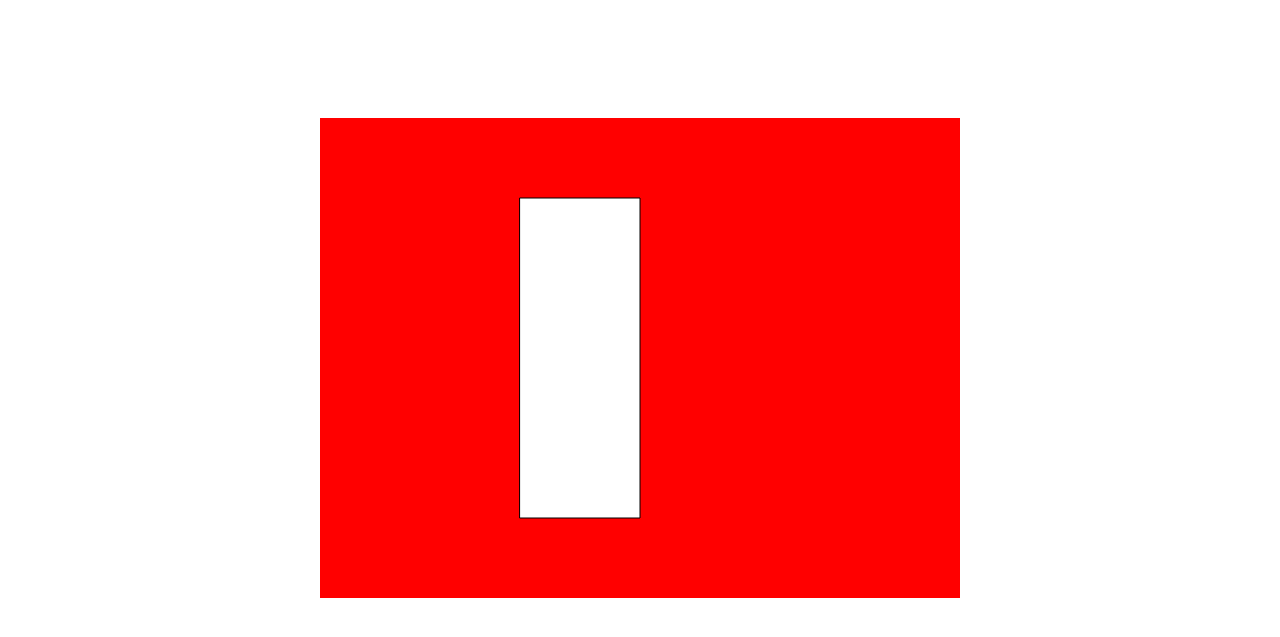
Repository: SeanHub-13/cart253
Page: topics/function-calls/index.html
The author's editor kept a copy of each file at every save. The page is drawn from the files as they stood at one save, then again after the next save.
The browser window is 1280 px wide. The pictures show the whole page.

Above is the page before, as saved 2024-09-12 11:25:57.

### topics/function-calls/index.html
<!DOCTYPE html>
<html>

<head>
  <meta charset="utf-8">
  <meta name="viewport" width=device-width, initial-scale=1.0, maximum-scale=1.0, user-scalable=0>

  <title>Function calls</title>

  <!-- CSS stylesheet(s) -->
  <link rel="stylesheet" type="text/css" href="css/style.css" />

  <!-- Library script(s) -->

  <!-- p5.min.js is the main p5 library -->
  <script src="js/libraries/p5.min.js"></script>
  <!-- p5.sound.min.js allows us to use sound -->
  <script src="js/libraries/p5.sound.min.js"></script>

  <!-- My script(s) -->
  <script src="js/script.js"></script>
</head>

<body>
  <!-- HTML would go here if needed. -->
</body>

</html>

### topics/function-calls/js/script.js
/**
 * Title of Project
 * Author Name
 *
 * HOW EMBARRASSING! I HAVE NO DESCRIPTION OF MY PROJECT!
 * PLEASE REMOVE A GRADE FROM MY WORK IF IT'S GRADED!
 */

"use strict";

/**
 * OH LOOK I DIDN'T DESCRIBE SETUP!!
*/
function setup() {
    createCanvas(640, 480);
}


/**
 * OOPS I DIDN'T DESCRIBE WHAT MY DRAW DOES!
*/
function draw() {
    background(255, 0, 0);
    rect(200, 80, 120, 320);
}

Loaded but not shown: topics/function-calls/css/style.css (common file); topics/function-calls/js/libraries/p5.min.js (library); topics/function-calls/js/libraries/p5.sound.min.js (library)

After the next save:
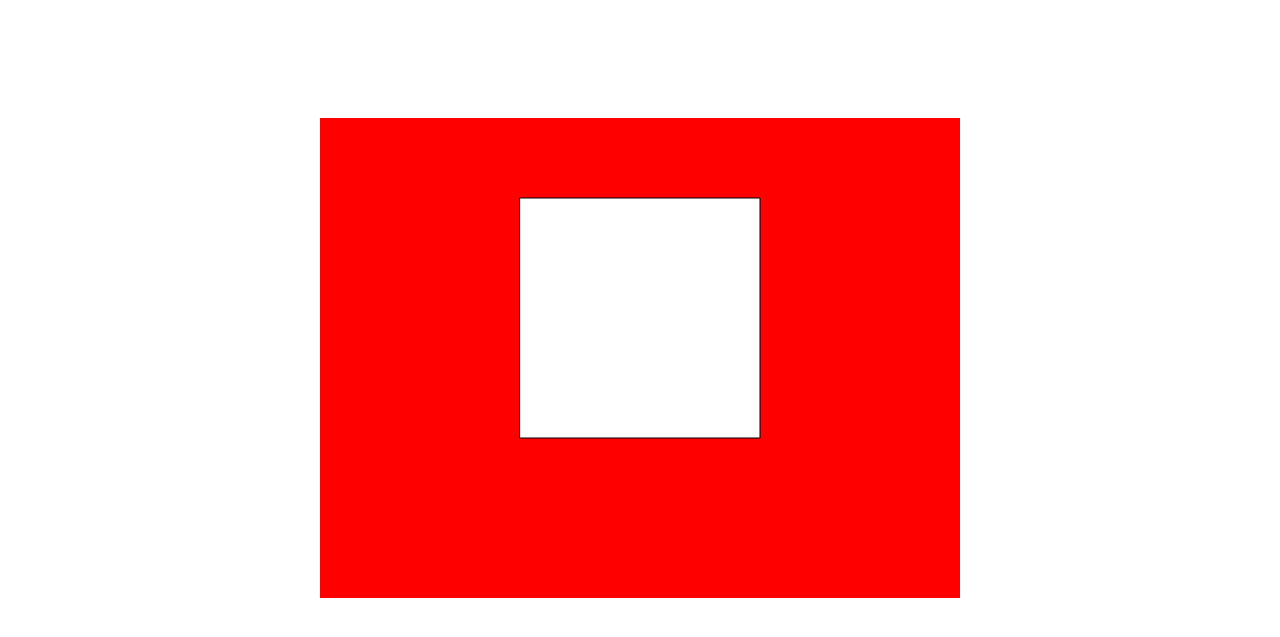
Saved 15 s later.
--- a/topics/function-calls/js/script.js
+++ b/topics/function-calls/js/script.js
@@ -21,5 +21,5 @@
 */
 function draw() {
     background(255, 0, 0);
-    rect(200, 80, 120, 320);
+    rect(200, 80, 240, 240);
 }
